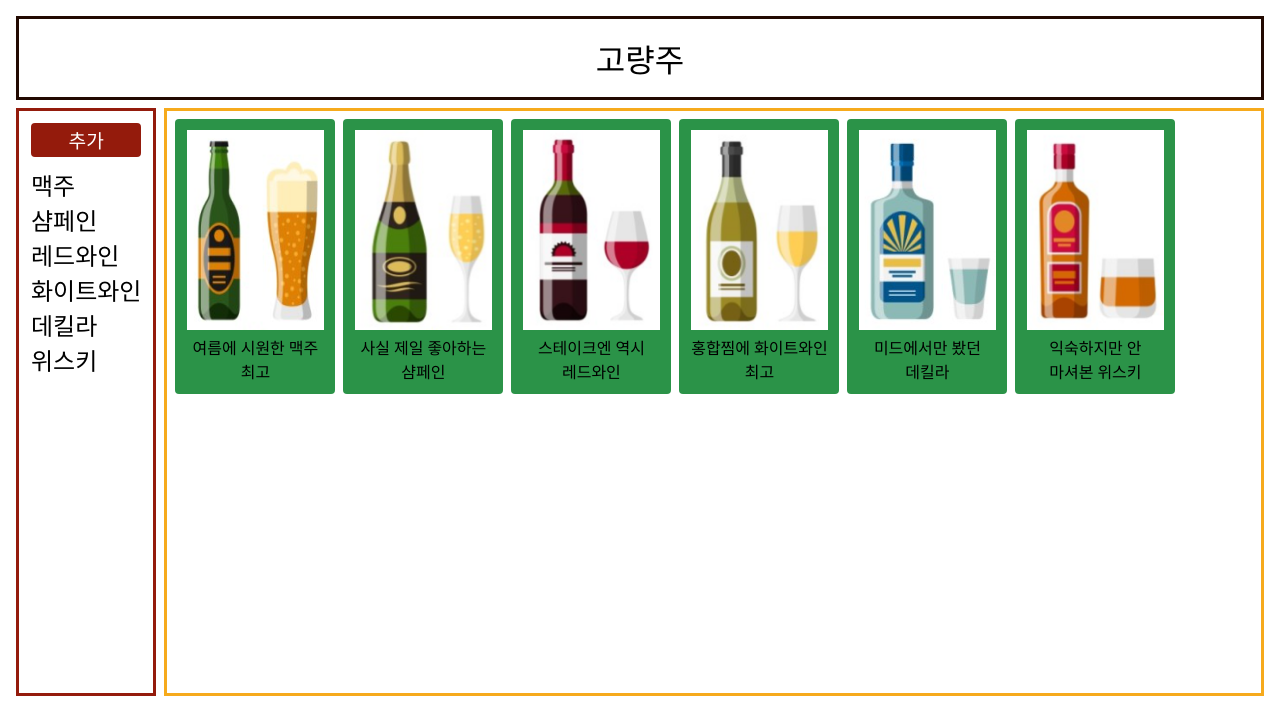
Repository: Jay-JYKim91/grj_2nd_week
Page: index.html
The author's editor kept a copy of each file at every save. The page is drawn from the files as they stood at one save, then again after the next save.
The browser window is 1280 px wide. The pictures show the whole page.
Some web fonts or font styles are not loaded; a fallback is used.

Above is the page before, as saved 2022-05-16 16:32:28.

### index.html
<!DOCTYPE html>
<html lang="en">
<head>
    <meta charset="UTF-8">
    <meta http-equiv="X-UA-Compatible" content="IE=edge">
    <meta name="viewport" content="width=device-width, initial-scale=1.0">
    <title>고량주 2주차</title>
    <link rel="stylesheet" href="./styles.css">
</head>
<body>
    <header>
        <span>고량주</span>
    </header>
    <main>
        <aside>
            <button id="openModalBtn">추가</button>
            <span>맥주</span>
            <span>샴페인</span>
            <span>레드와인</span>
            <span>화이트와인</span>
            <span>데킬라</span>
            <span>위스키</span>
        </aside>
        <section class="cards">
            <div class="card">
                <img src="./images/beer.png" alt="beer">
                <span>여름에 시원한 맥주 최고</span>
            </div>
            <div class="card">
                <img src="./images/champagne.png" alt="champagne">
                <span>사실 제일 좋아하는 샴페인</span>
            </div>
            <div class="card">
                <img src="./images/red_wine.png" alt="red_wine">
                <span>스테이크엔 역시 레드와인</span>
            </div>
            <div class="card">
                <img src="./images/white_wine.png" alt="white_wine">
                <span>홍합찜에 화이트와인 최고</span>
            </div>
            <div class="card">
                <img src="./images/tequila.png" alt="tequila">
                <span>미드에서만 봤던 데킬라</span>
            </div>
            <div class="card">
                <img src="./images/whiskey.png" alt="whiskey">
                <span>익숙하지만 안 마셔본 위스키</span>
            </div>
        </section>
    </main>

    <div>

    </div>
</body>
</html>

### styles.css
@import url("https://fonts.googleapis.com/css2?family=Hahmlet:wght@400;500&display=swap");

* {
  box-sizing: border-box;
  font-family: "Hahmlet", serif;
}

html,
body {
  height: 100%;
  margin: 0;
}

body {
  padding: 1rem;
}

header {
  border: 3px solid #220901;
  padding: 0.5em;
  font-size: 2rem;
  text-align: center;
}

main {
  display: flex;
  margin: 0.5rem 0;
  gap: 0.5rem;
  height: calc(100% - 100px);
}

aside {
  display: flex;
  flex-direction: column;
  border: 3px solid #941b0c;
  padding: 0.5em;
  font-size: 1.5rem;
  min-width: max-content;
}

#openModalBtn {
  background-color: #941b0c;
  border-radius: 4px;
  border: 2px solid #941b0c;
  color: white;
  font-size: 1.2rem;
  margin-bottom: 0.5em;
}

#openModalBtn:hover {
  background-color: white;
  color: #941b0c;
  cursor: pointer;
}

.cards {
  display: flex;
  flex-wrap: wrap;
  border: 3px solid #f6aa1c;
  padding: 0.5em;
  gap: 0.5em;
  overflow-y: scroll;
  width: 100%;
}

.card {
  display: flex;
  flex-direction: column;
  background-color: #2b9348;
  padding: 0.7em;
  text-align: center;
  word-break: keep-all;
  height: fit-content;
  border-radius: 4px;
  width: 10rem;
}

.card img {
  height: 200px;
  margin-bottom: 0.3em;
}

@media only screen and (max-width: 600px) {
  .card {
    background-color: #ffff3f;
  }
}

@media only screen and (min-width: 601px) and (max-width: 768px) {
  .card {
    background-color: #d4d700;
  }
}

@media only screen and (min-width: 769px) and (max-width: 992px) {
  .card {
    background-color: #80b918;
  }
}

After the next save:
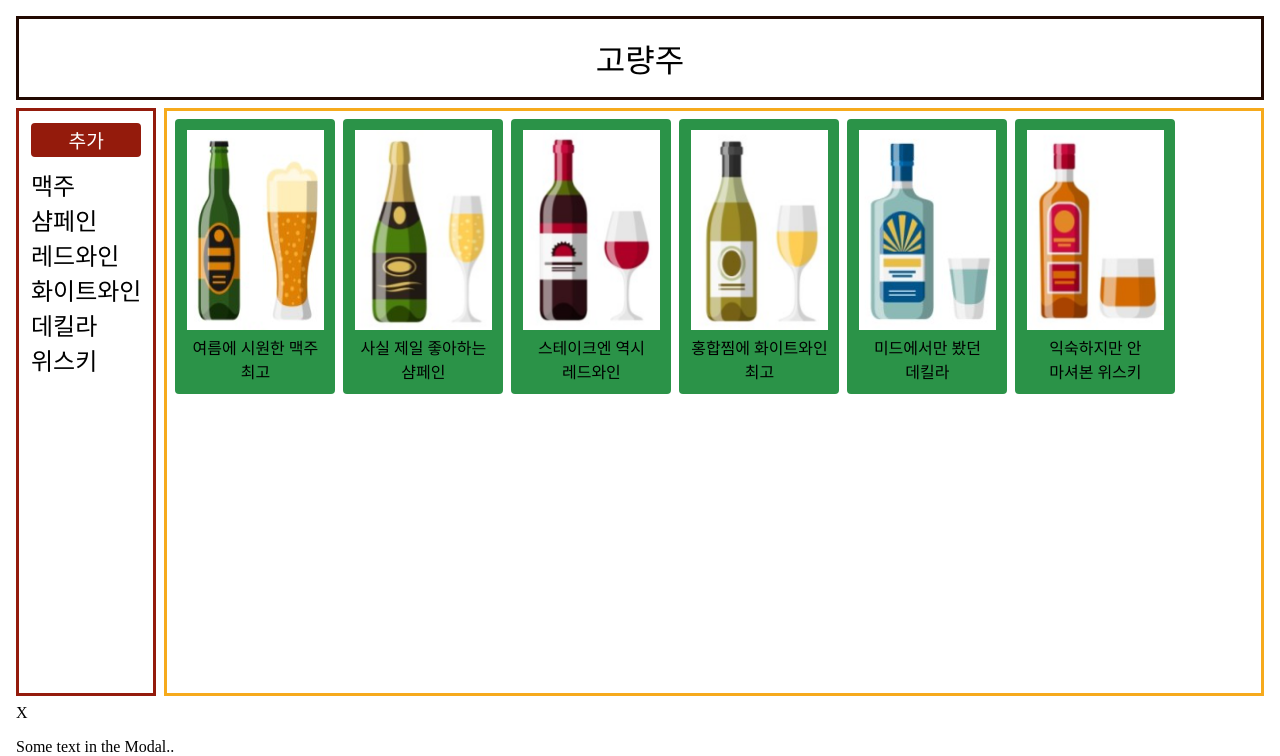
Saved 57 s later.
--- a/index.html
+++ b/index.html
@@ -49,8 +49,11 @@
         </section>
     </main>
 
-    <div>
-
+    <div id="addItemModal" class="modal">
+        <form class="modal-content">
+            <span class="close">X</span>
+            <p>Some text in the Modal..</p>
+        </form>
     </div>
 </body>
 </html>
